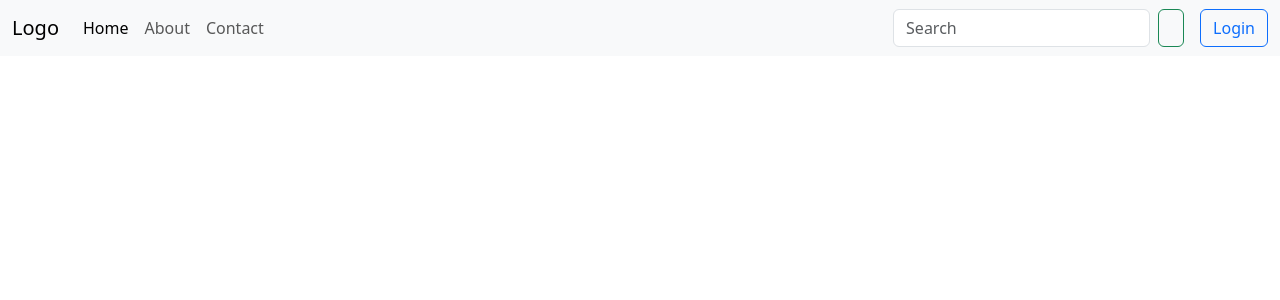
Repository: AlisaSkryp/photoblog
Page: index.html
The author's editor kept a copy of each file at every save. The page is drawn from the files as they stood at one save, then again after a run of saves.
The browser window is 1280 px wide. The pictures show the whole page.

Above is the page before, as saved 2023-04-09 18:59:18.
Console error: TypeError: Cannot read properties of null (reading 'addEventListener')

### index.html
<!DOCTYPE html>
<html lang="en">
<head>
	<meta charset="UTF-8">
	<meta http-equiv="X-UA-Compatible" content="IE=edge">
	<meta name="viewport" content="width=device-width, initial-scale=1.0">
	<link rel='stylesheet' href='https://cdnjs.cloudflare.com/ajax/libs/bootstrap/5.2.1/css/bootstrap.min.css' integrity='sha512-siwe/oXMhSjGCwLn+scraPOWrJxHlUgMBMZXdPe2Tnk3I0x3ESCoLz7WZ5NTH6SZrywMY+PB1cjyqJ5jAluCOg==' crossorigin='anonymous' />
	<link href="https://cdn.jsdelivr.net/npm/bootstrap@5.3.0-alpha3/dist/css/bootstrap.min.css" rel="stylesheet" integrity="sha384-KK94CHFLLe+nY2dmCWGMq91rCGa5gtU4mk92HdvYe+M/SXH301p5ILy+dN9+nJOZ" crossorigin="anonymous">
<script src="https://cdn.jsdelivr.net/npm/bootstrap@5.3.0-alpha3/dist/js/bootstrap.bundle.min.js" integrity="sha384-ENjdO4Dr2bkBIFxQpeoTz1HIcje39Wm4jDKdf19U8gI4ddQ3GYNS7NTKfAdVQSZe" crossorigin="anonymous"></script>
	<title>Document</title>
</head>
<body>

	<nav class="navbar navbar-expand-lg navbar-light bg-light">
		<div class="container-fluid">
			<a class="navbar-brand" href="#">Logo</a>
			<button class="navbar-toggler" type="button" data-bs-toggle="collapse" data-bs-target="#navbarNav" aria-controls="navbarNav" aria-expanded="false" aria-label="Toggle navigation">
				<span class="navbar-toggler-icon"></span>
			</button>
			<div class="collapse navbar-collapse" id="navbarNav">
				<ul class="navbar-nav me-auto">
					<li class="nav-item">
						<a class="nav-link active" aria-current="page" href="#">Home</a>
					</li>
					<li class="nav-item">
						<a class="nav-link" href="#">About</a>
					</li>
					<li class="nav-item">
						<a class="nav-link" href="#">Contact</a>
					</li>
				</ul>
				<form class="d-flex">
					<input class="form-control me-2" type="search" placeholder="Search" aria-label="Search">
					<button class="btn btn-outline-success" type="submit"><i class="bi bi-search"></i></button>
				</form>
				<button class="btn btn-outline-primary ms-3">Login</button>
			</div>
		</div>
	</nav>

<script src="script.js"></script>
</body>
</html>

### script.js
document.querySelector(`#btn-search`).addEventListener(`click`, function() {
  document.querySelector(`#search`).classList.toggle(`show-search`);
});

After the next 2 saves:
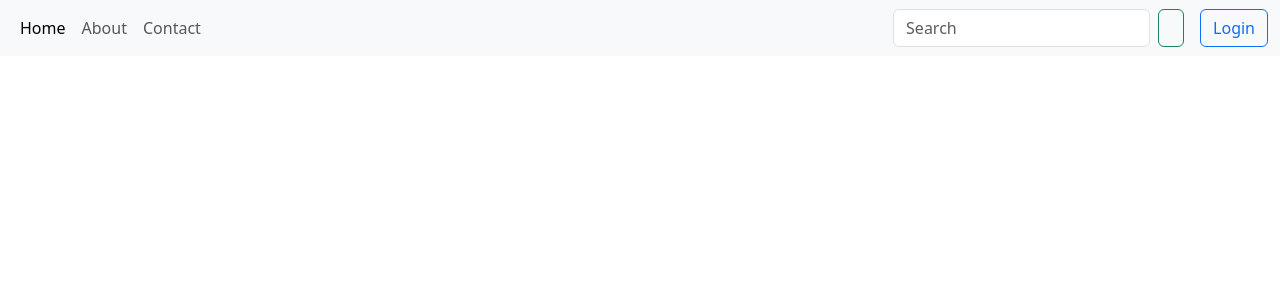
The 2 saves are shown as one change because they came seconds apart.
The last was saved 7 min 27 s later.
--- a/index.html
+++ b/index.html
@@ -13,7 +13,6 @@
 
 	<nav class="navbar navbar-expand-lg navbar-light bg-light">
 		<div class="container-fluid">
-			<a class="navbar-brand" href="#">Logo</a>
 			<button class="navbar-toggler" type="button" data-bs-toggle="collapse" data-bs-target="#navbarNav" aria-controls="navbarNav" aria-expanded="false" aria-label="Toggle navigation">
 				<span class="navbar-toggler-icon"></span>
 			</button>
